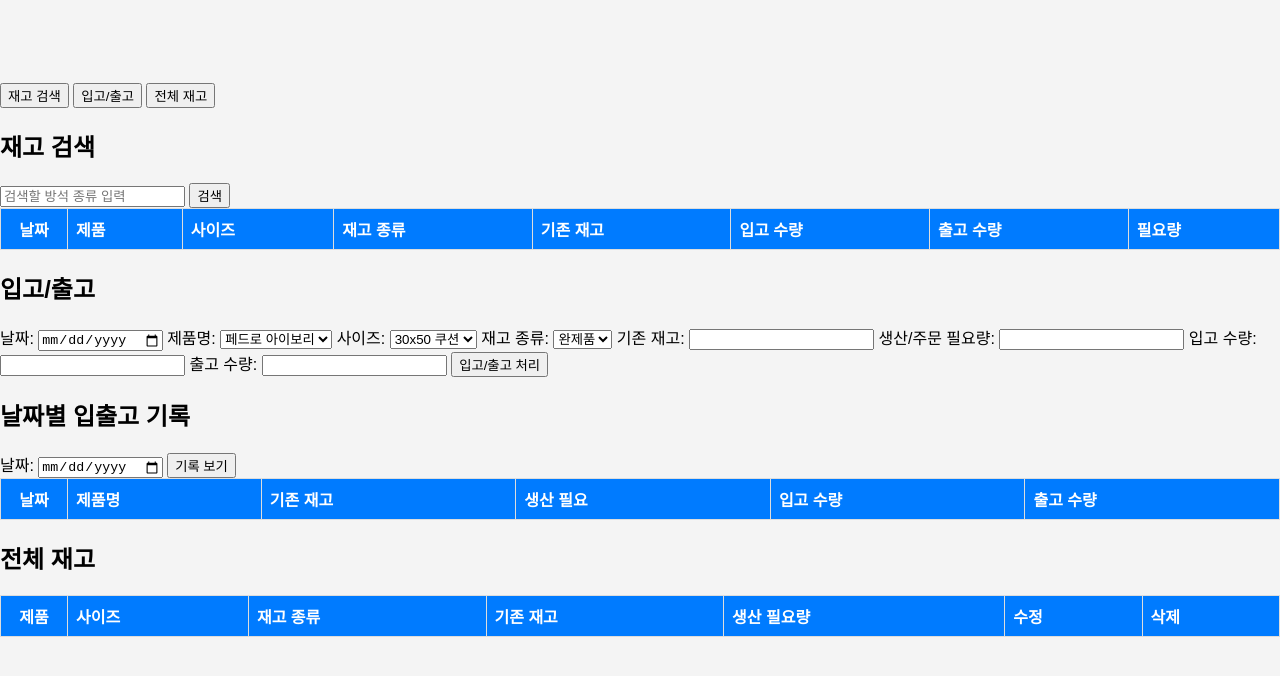
Repository: bluefoginthecup/inventory
Page: public/index.html
These files come from the project's save history. The page is drawn as it stood at one moment and after the next save; the edit follows.
The browser window is 1280 px wide. The pictures show the whole page.

Above is the page before, as saved 2025-01-05 17:45:37.
Console error: TypeError: Cannot read properties of null (reading 'addEventListener')

After the next save:
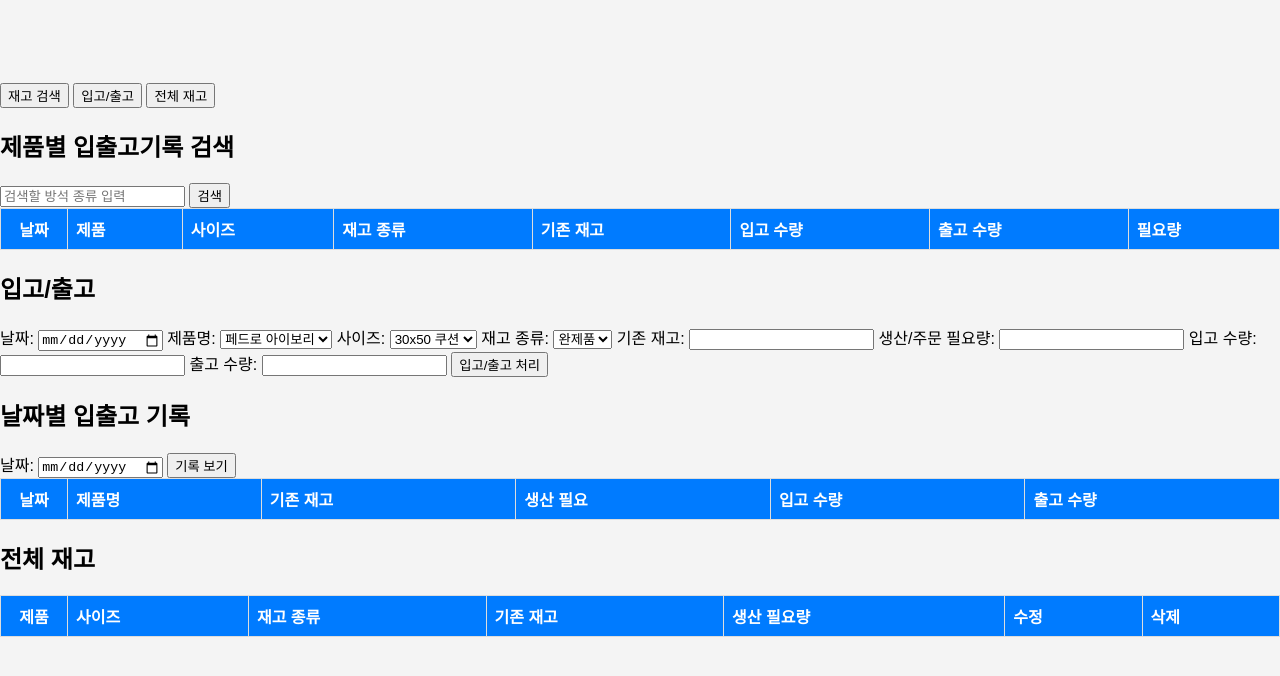
Saved 4 min 8 s later.
--- a/public/index.html
+++ b/public/index.html
@@ -15,9 +15,9 @@
             <button class="tab-button" id="allStockTab">전체 재고</button>
         </div>
 
-        <!-- 섹션 1: 재고 검색 -->
+        <!-- 섹션 1: 입출고 기록 -->
         <section id="searchSection" class="section active">
-            <h2>재고 검색</h2>
+            <h2>제품별 입출고기록 검색</h2>
             <form id="searchForm">
                 <input type="text" id="searchInput" placeholder="검색할 방석 종류 입력" required>
 
